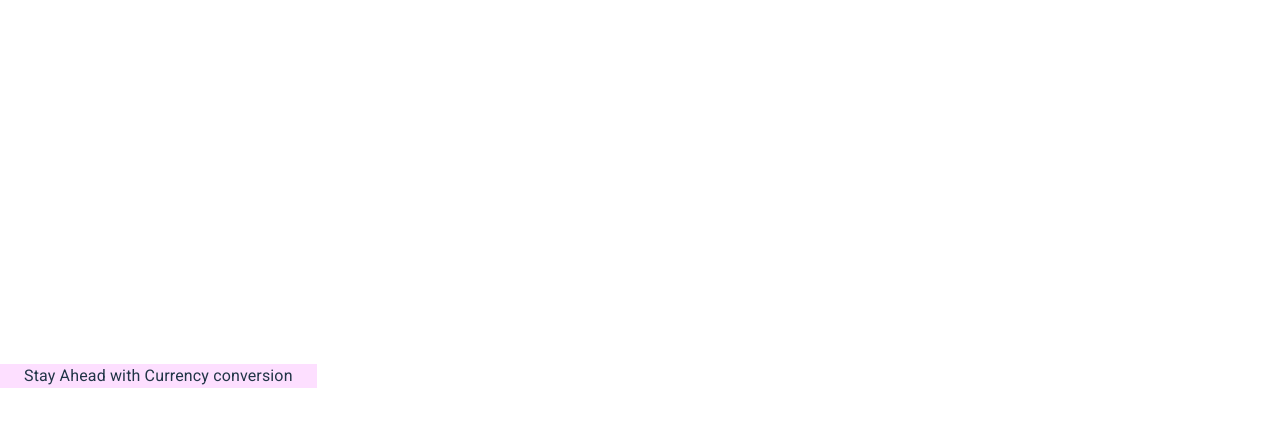
Repository: Asad-devv/CURRENCY
Page: /
The author's editor kept a copy of each file at every save. The page is drawn from the files as they stood at one save, then again after a run of saves.
The browser window is 1280 px wide. The pictures show the whole page.
The project was rebuilt for these pictures with package versions that can differ from the ones it lists, and the page was loaded fresh each time. Also part of the build but not shown: craco.config.js.

Above is the page before, as saved 2023-03-01 20:08:27.

### src/main.jsx
import React from 'react'
import ReactDOM from 'react-dom/client'
import App from './App'
import './index.css'
import '@fontsource/roboto/300.css';
import '@fontsource/roboto/400.css';
import '@fontsource/roboto/500.css';
import '@fontsource/roboto/700.css';


ReactDOM.createRoot(document.getElementById('root')).render(
  <React.StrictMode>
    <App />
  </React.StrictMode>,
)

### src/App.jsx
import { Button, Container,Typography } from "@mui/material";
import { useState } from "react";
import reactLogo from "./assets/react.svg";
// import './App.css'

function App() {
  const [count, setCount] = useState(0);

  return (
    <Container maxWidth="md" sx={{ background: "#fddfff" }}>
      <Typography sx={{mt:"2rem"}}>Stay Ahead with Currency conversion</Typography>
    </Container>
  );
}

export default App;

Loaded but not shown: index.html (common file); src/index.css (common file)

After the next 2 saves:
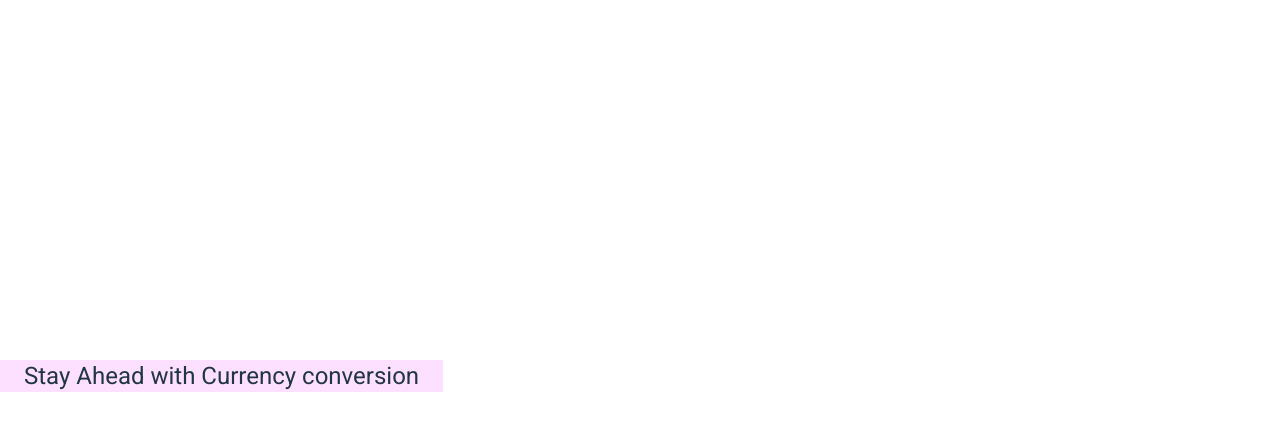
The 2 saves are shown as one change because they came seconds apart.
The last was saved 14 s later.
--- a/src/App.jsx
+++ b/src/App.jsx
@@ -8,7 +8,7 @@ function App() {
 
   return (
     <Container maxWidth="md" sx={{ background: "#fddfff" }}>
-      <Typography sx={{mt:"2rem"}}>Stay Ahead with Currency conversion</Typography>
+      <Typography variant = "h5"sx={{mt:"2rem"}}>Stay Ahead with Currency conversion</Typography>
     </Container>
   );
 }
